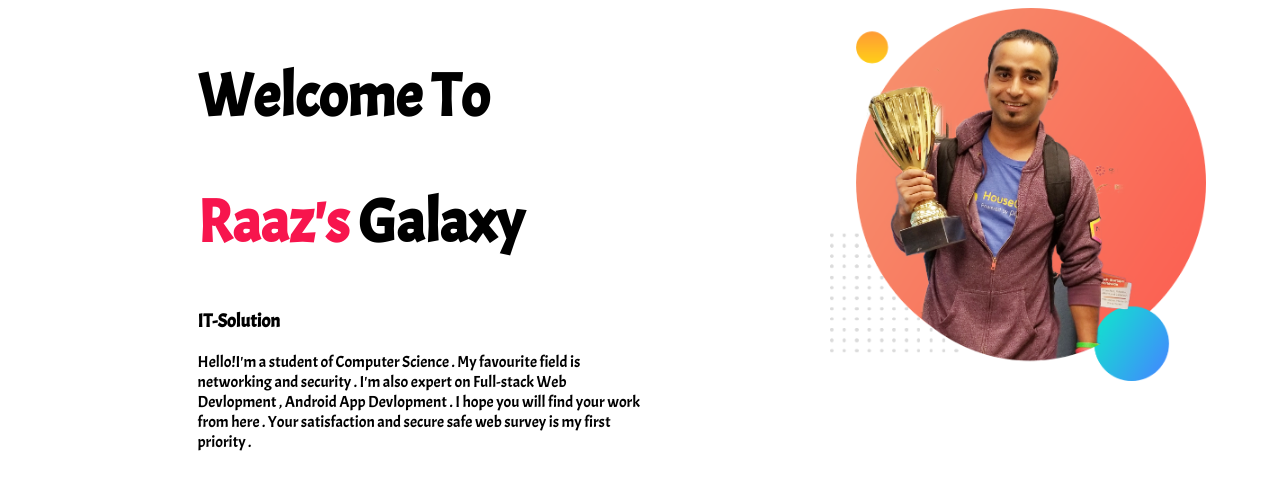
Repository: ramizraaz/my-portfolio
Page: about.html
An editor plug-in stored every save of this project. The page is shown before and after the next save, followed by the edit.
The browser window is 1280 px wide. The pictures show the whole page.

Above is the page before, as saved 2022-01-13 18:18:08.

After the next save:
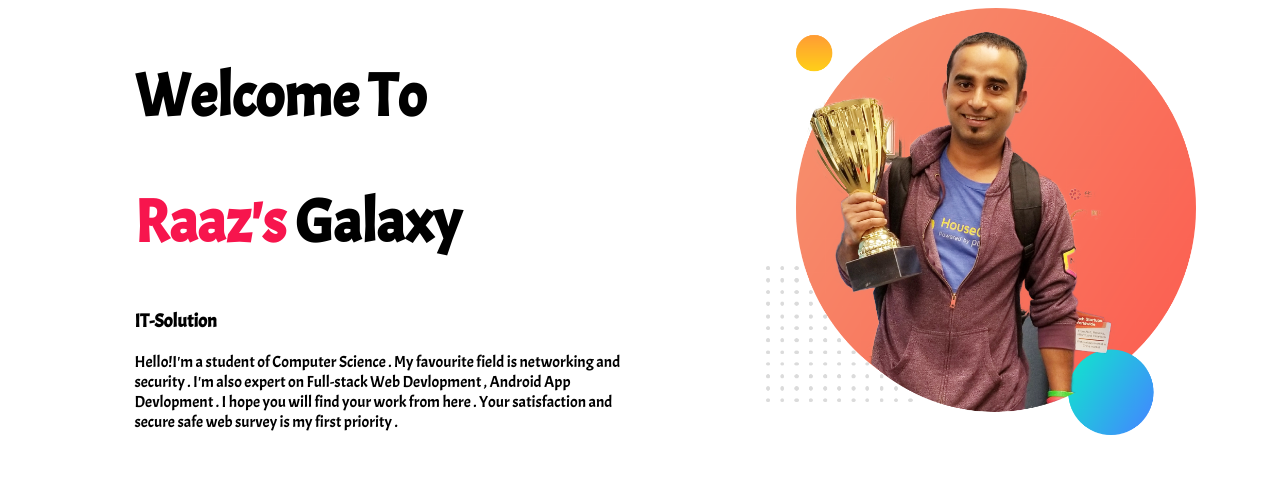
Saved 6 s later.
--- a/design.css
+++ b/design.css
@@ -18,7 +18,7 @@
 .content {
     width: 50%;
     /*to make 2 div 50//50 size*/
-    padding-left: 15%;
+    padding-left: 10%;
 }
 
 .content img {
